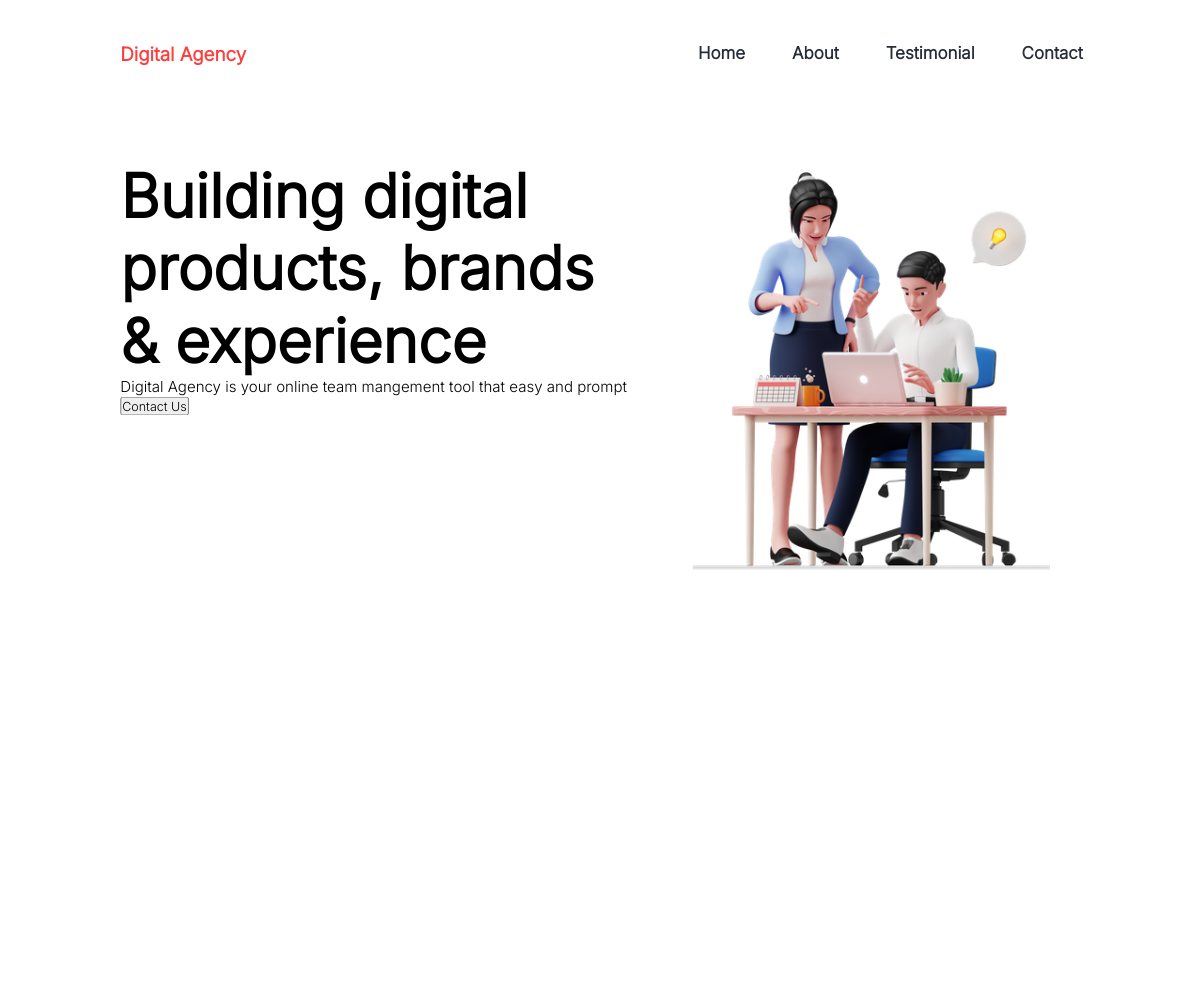
Repository: ThuatDev/fullstack_devc
Page: index.html
These files come from the project's save history. The page is drawn as it stood at one moment and after the next save; the edit follows.
The browser window is 1280 px wide. The pictures show the whole page, at 94% of full size.

Above is the page before, as saved 2022-11-09 16:33:41.

After the next save:
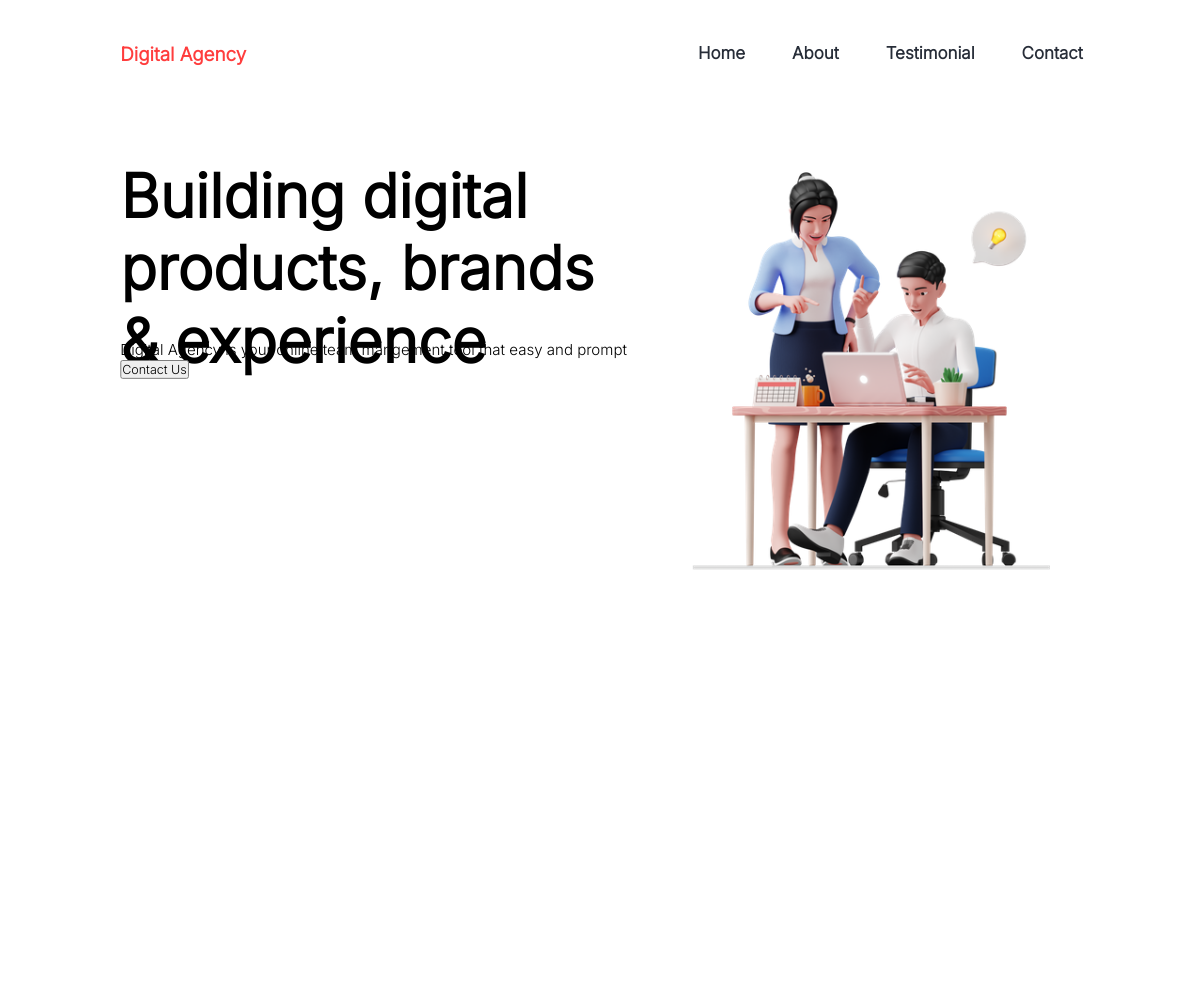
Saved 10 s later.
--- a/index.css
+++ b/index.css
@@ -51,4 +51,5 @@
   font-weight: 700;
   font-size: 64px;
   width: 540px;
+  height: 192px;
 }
